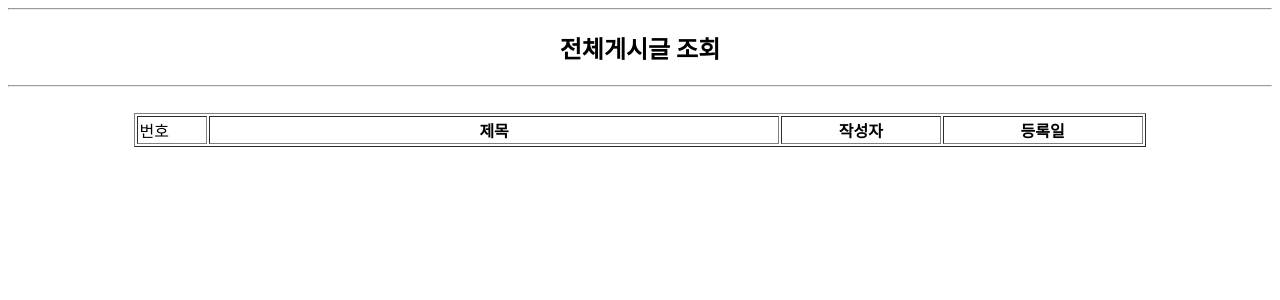
Repository: skim24245/web_workspace_src
Page: http://localhost/Mission-Web/jsp/board/list.jsp
These files come from the project's save history. The page is drawn as it stood at one moment and after the next save; the edit follows.
The browser window is 1280 px wide. The pictures show the whole page.
The page is served by Tomcat 9. Queries for data that is not in the repository find no rows.

Above is the page before, as saved 2022-06-02 07:52:15.

After the next save:
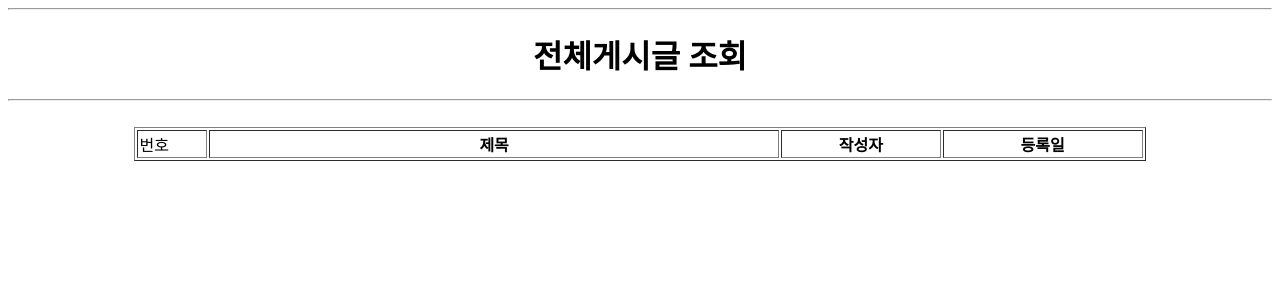
Saved 2 min 21 s later.
--- a/Mission-Web/src/main/webapp/jsp/board/list.jsp
+++ b/Mission-Web/src/main/webapp/jsp/board/list.jsp
@@ -33,7 +33,7 @@ ResultSet rs = pstmt.executeQuery();
 
 	<div align="center">
 		<hr>
-		<h2>전체게시글 조회</h2>
+		<h1>전체게시글 조회</h1>
 		<hr>
 		<br>
 		<table border="1" style="width: 80%">
